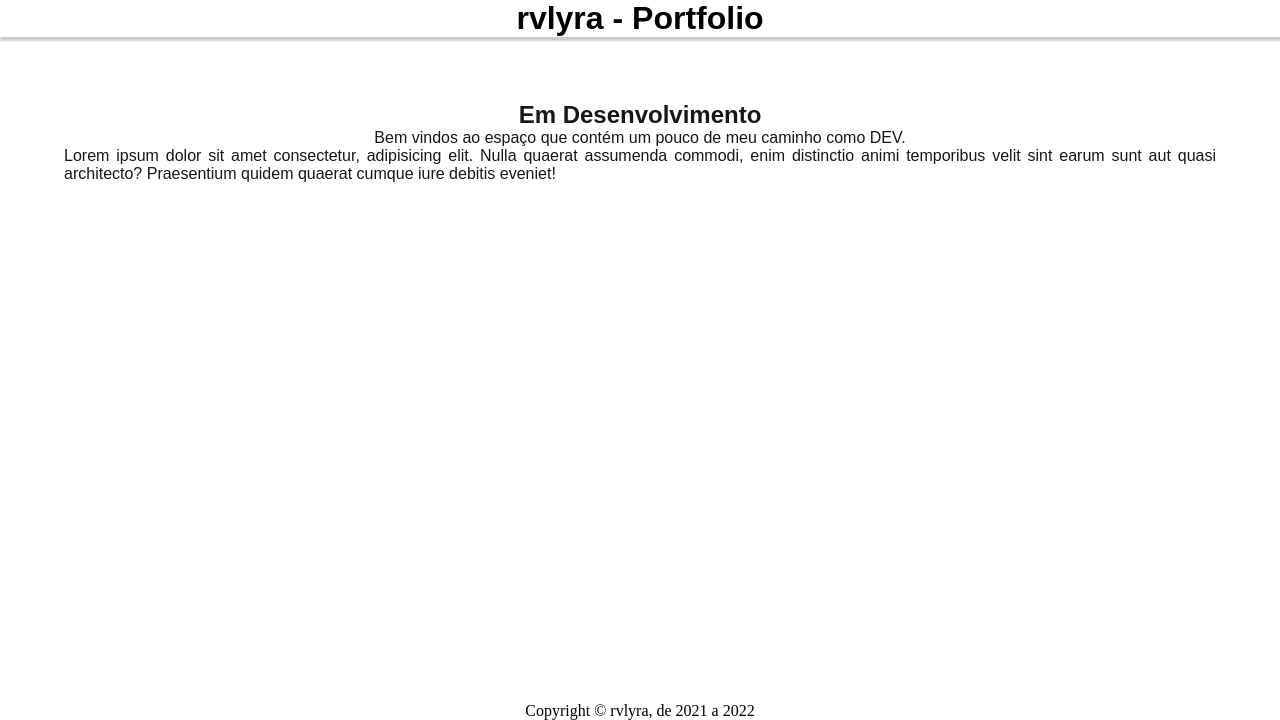
Repository: rvlyra/splash-screen-rvlyra
Page: Portfolio-RVLYRA/public/index.html
An editor plug-in stored every save of this project. The page is shown before and after the next save, followed by the edit.
The browser window is 1280 px wide. The pictures show the whole page.
Some web fonts or font styles are not loaded; a fallback is used.

Above is the page before, as saved 2022-07-06 09:35:28.

### Portfolio-RVLYRA/public/index.html
<!DOCTYPE html>
<html lang="en">
<head>
    <meta charset="UTF-8">
    <meta http-equiv="X-UA-Compatible" content="IE=edge">
    <meta name="viewport" content="width=device-width, initial-scale=1.0">
    <link rel="stylesheet" href="../assets/src/css/rl.main.css">
    <title>rvlyra @ Portfolio</title>
</head>
<body>
    <header class="header">
        <h1>rvlyra - Portfolio</h1>
    </header>

    <section class="sec-one">
        <h2>Em Desenvolvimento</h2>
        <p>Bem vindos ao espaço que contém um pouco de meu caminho como DEV.</p>
        <p>Lorem ipsum dolor sit amet consectetur, adipisicing elit. Nulla quaerat assumenda commodi, enim distinctio animi temporibus velit sint earum sunt aut quasi architecto? Praesentium quidem quaerat cumque iure debitis eveniet!</p>
    </section>
    <section></section>
    <section></section>


    <footer class="footer">
        <p>Copyright © rvlyra, de 2021 a <span id="ano"></span></p>
      </footer>

      <script src="../assets/src/js/rl.main.js"></script>
</body>
</html>

### Portfolio-RVLYRA/assets/src/css/rl.main.css
@import url('https://fonts.googleapis.com/css2?family=Mingzat&display=swap');

* {
    margin: 0;
    padding: 0;
    box-sizing: border-box;
}

.header {
    font-family: 'Mingzat', sans-serif;
    display:flex;
    justify-content:center;
    align-items:center;
    box-shadow: 2px 2px 2px 2px rgba(0, 0, 0, 0.2);
}

.sec-one {
    font-family: 'Mingzat', sans-serif;
    display:flex;
    justify-content:space-evenly;
    align-items:center;
    flex-direction: column;
    color: rgb(24, 23, 23);
    text-align: justify;
    margin: 5%;
}

.footer {
    width: 100%;
    bottom: 0;
    position: fixed;
    text-align: center;
}

### Portfolio-RVLYRA/assets/src/js/rl.main.js
const ano = document.getElementById("ano");
const anoAtual = new Date();
ano.innerHTML = anoAtual.getFullYear();

After the next save:
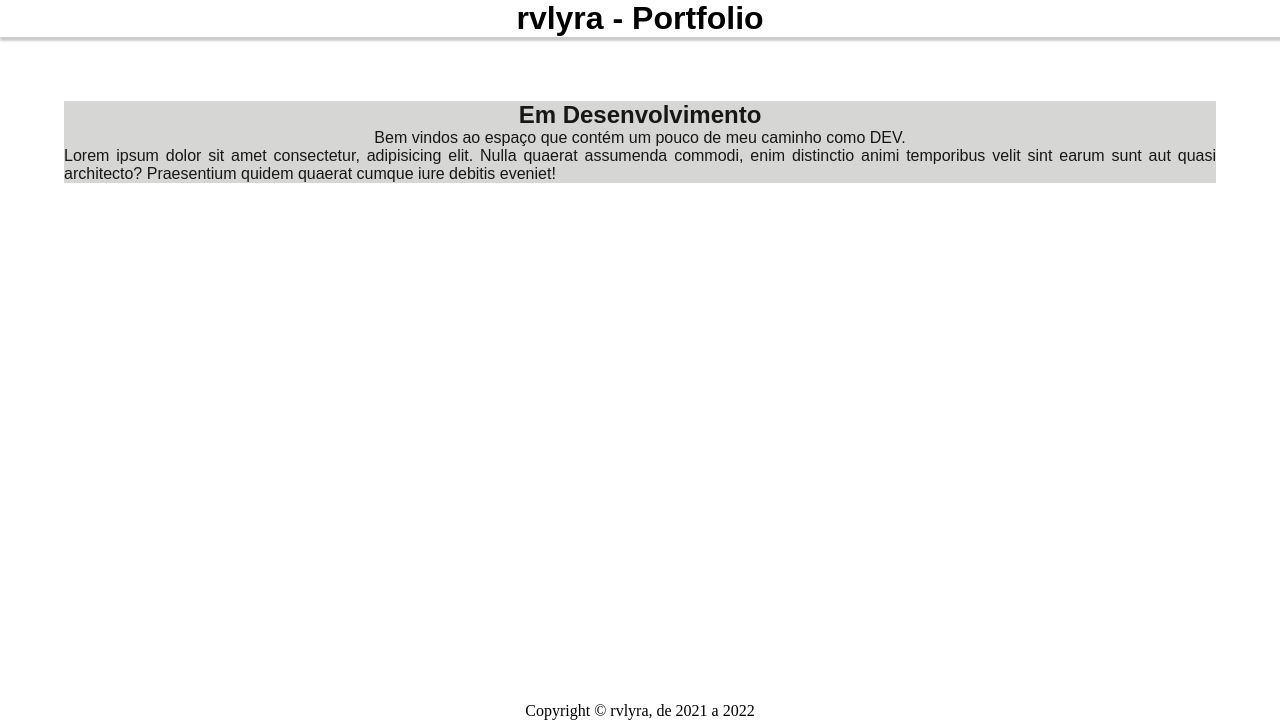
Saved 30 s later.
--- a/Portfolio-RVLYRA/assets/src/css/rl.main.css
+++ b/Portfolio-RVLYRA/assets/src/css/rl.main.css
@@ -23,6 +23,8 @@
     color: rgb(24, 23, 23);
     text-align: justify;
     margin: 5%;
+
+    background-color: rgb(214, 214, 212);
 }
 
 .footer {

After the save that followed:
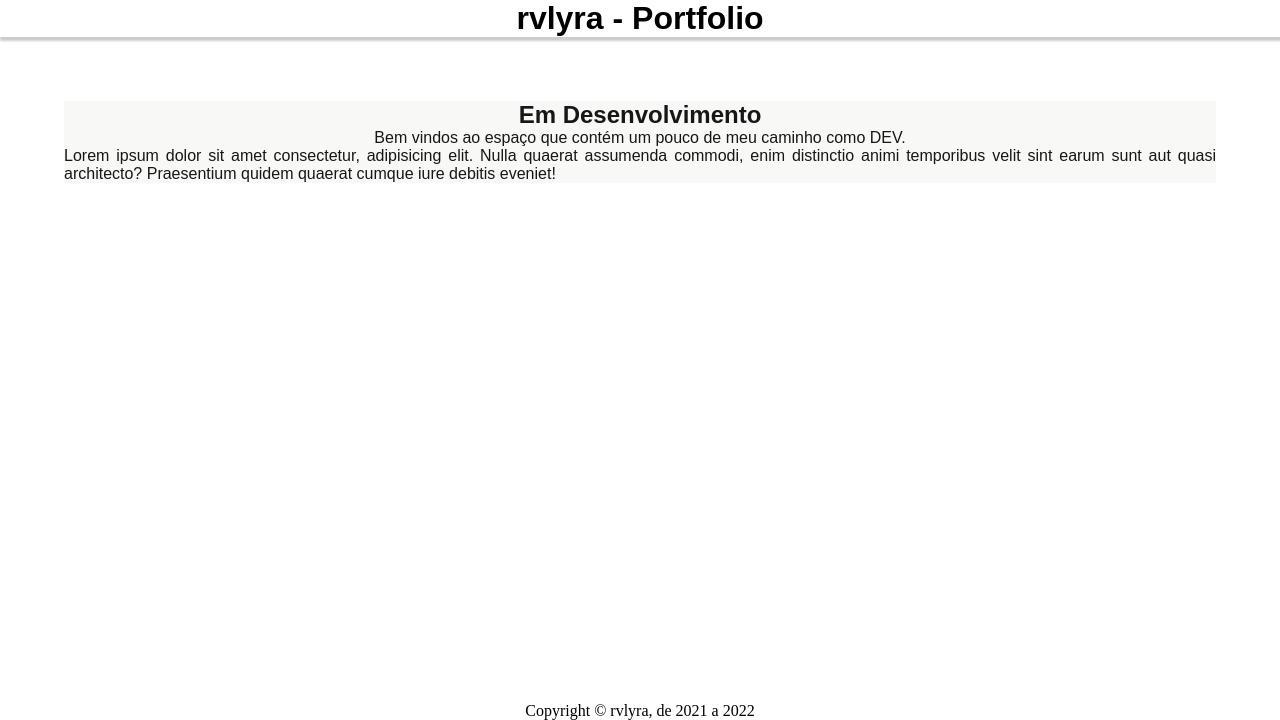
Saved 9 s later.
--- a/Portfolio-RVLYRA/assets/src/css/rl.main.css
+++ b/Portfolio-RVLYRA/assets/src/css/rl.main.css
@@ -24,7 +24,7 @@
     text-align: justify;
     margin: 5%;
 
-    background-color: rgb(214, 214, 212);
+    background-color: rgb(248, 248, 247);
 }
 
 .footer {
